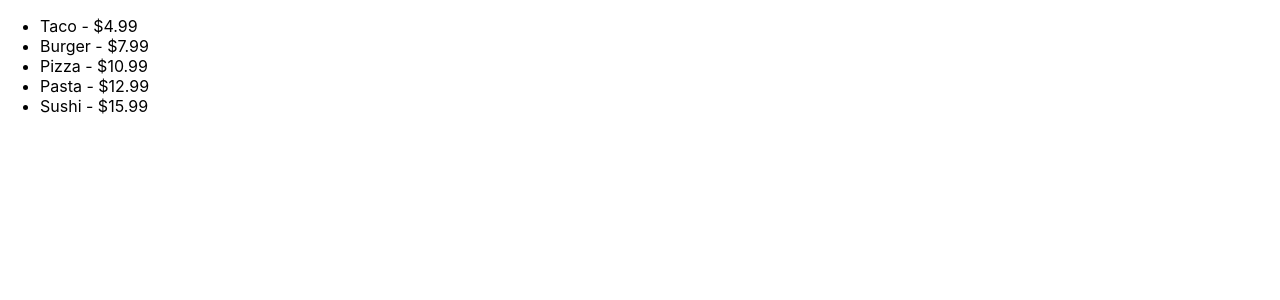
Repository: badhon252/Fullstack-Rect
Page: /
An editor plug-in stored every save of this project. The page is shown before and after the next save, followed by the edit.
The browser window is 1280 px wide. The pictures show the whole page.
The page's requests for data from a server got no answer. The project was rebuilt for these pictures with package versions that can differ from the ones it lists, and the page was loaded fresh each time. No one was signed in, and anything a server would have sent is missing. Also part of the build but not shown: src/App.css.

Above is the page before, as saved 2023-04-13 16:14:15.

### src/App.js
import "./App.css";
const foodItems = [
  {
    id: 1,
    name: "Pizza",
    price: 10.99,
    description: "A classic pizza with tomato sauce, cheese, and pepperoni",
  },
  {
    id: 2,
    name: "Burger",
    price: 7.99,
    description: "A juicy beef burger with lettuce, tomato, and onion",
  },
  {
    id: 3,
    name: "Sushi",
    price: 15.99,
    description: "A selection of fresh sushi rolls with soy sauce and wasabi",
  },
  {
    id: 4,
    name: "Taco",
    price: 4.99,
    description: "A crispy taco with ground beef, lettuce, and cheese",
  },
  {
    id: 5,
    name: "Pasta",
    price: 12.99,
    description: "Penne pasta with tomato sauce, basil, and parmesan cheese",
  },
];
function App() {
  const listItem = foodItems
    .sort((a, b) => a.price - b.price)
    .map((dessert) => {
      const itemText = `${dessert.name} - $${dessert.price}`;
      return <li key={dessert.id}>{itemText}</li>;
    });

  const sortedByPrice = foodItems.map((items) => {
    return items.price;
  });
  console.log(sortedByPrice.sort((a, b) => a - b));
  return (
    <div>
      <ul>{listItem}</ul>
    </div>
  );
}

export default App;

Loaded but not shown: public/index.html (common file); src/index.js (common file); src/index.css (common file); src/reportWebVitals.js (common file)

After the next save:
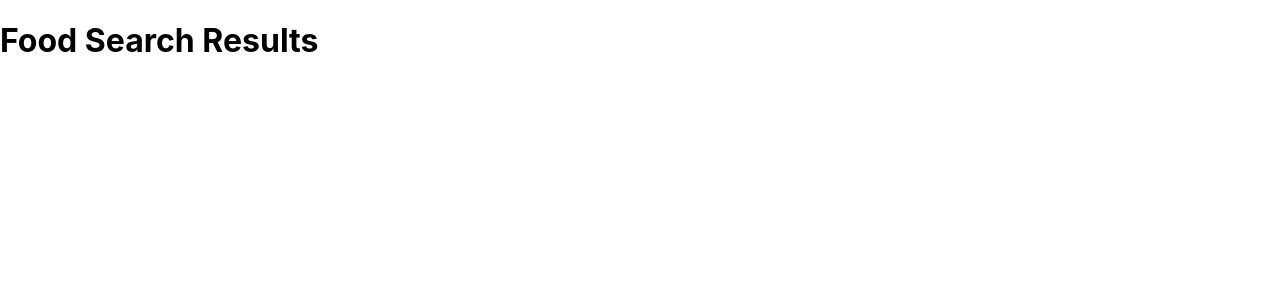
Saved 19 min 26 s later.
--- a/src/App.js
+++ b/src/App.js
@@ -1,51 +1,32 @@
-import "./App.css";
-const foodItems = [
-  {
-    id: 1,
-    name: "Pizza",
-    price: 10.99,
-    description: "A classic pizza with tomato sauce, cheese, and pepperoni",
-  },
-  {
-    id: 2,
-    name: "Burger",
-    price: 7.99,
-    description: "A juicy beef burger with lettuce, tomato, and onion",
-  },
-  {
-    id: 3,
-    name: "Sushi",
-    price: 15.99,
-    description: "A selection of fresh sushi rolls with soy sauce and wasabi",
-  },
-  {
-    id: 4,
-    name: "Taco",
-    price: 4.99,
-    description: "A crispy taco with ground beef, lettuce, and cheese",
-  },
-  {
-    id: 5,
-    name: "Pasta",
-    price: 12.99,
-    description: "Penne pasta with tomato sauce, basil, and parmesan cheese",
-  },
-];
+import React, { useState, useEffect } from "react";
+
 function App() {
-  const listItem = foodItems
-    .sort((a, b) => a.price - b.price)
-    .map((dessert) => {
-      const itemText = `${dessert.name} - $${dessert.price}`;
-      return <li key={dessert.id}>{itemText}</li>;
-    });
+  const [foods, setFoods] = useState([]);
 
-  const sortedByPrice = foodItems.map((items) => {
-    return items.price;
-  });
-  console.log(sortedByPrice.sort((a, b) => a - b));
+  useEffect(() => {
+    const fetchData = async () => {
+      const response = await fetch(
+        "https://api.spoonacular.com/food/search?query=apple&number=2&apiKey=YOUR_API_KEY"
+      );
+      const data = await response.json();
+      setFoods(data.results);
+    };
+
+    fetchData();
+  }, []);
+
   return (
     <div>
-      <ul>{listItem}</ul>
+      <h1>Food Search Results</h1>
+      <ul>
+        {foods.map((food) => (
+          <li key={food.id}>
+            <h2>{food.title}</h2>
+            <img src={food.image} alt={food.title} />
+            <p>{food.summary}</p>
+          </li>
+        ))}
+      </ul>
     </div>
   );
 }
